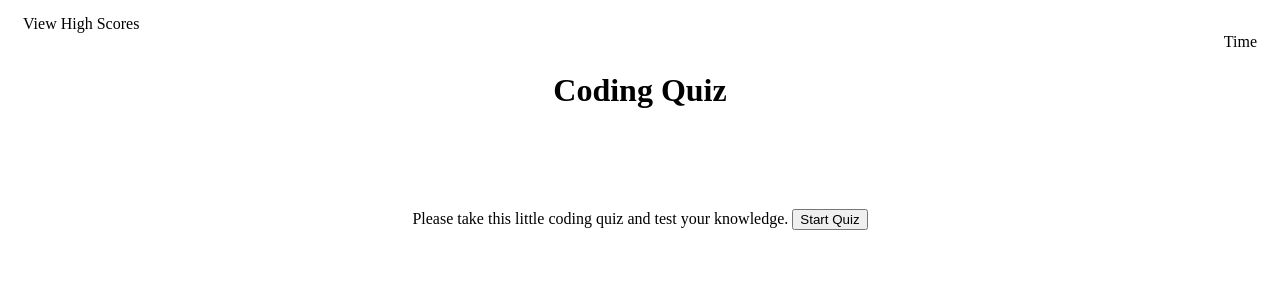
Repository: Naomilounsbury/code-quiz
Page: index.html
These files come from the project's save history. The page is drawn as it stood at one moment and after the next save; the edit follows.
The browser window is 1280 px wide. The pictures show the whole page.

Above is the page before, as saved 2021-11-27 17:27:26.

### index.html
<!DOCTYPE html>
<html lang="en">
<head>
    <meta charset="UTF-8">
    <meta http-equiv="X-UA-Compatible" content="IE=edge">
    <meta name="viewport" content="width=device-width, initial-scale=1.0">
    <title>Code Quiz</title>
    <link rel="stylesheet" href="./assets/css/styles.css">
</head>
<body>
    <!-- basic words on the page, how do i get stuff inline? -->
 <header>
    <div class="high-scores">
     View High Scores
 </div>
 <!-- oh god I have to actually figure out how to do a timer -->
 <div class="time">
     Time
 </div>
 <h1 class="title">Coding Quiz</h1>
</header>
<!-- I then created a div element to introduce, maybe I'll add more to it later -->
 <div class="intro">

     Please take this little coding quiz and test your knowledge.
     <!-- I connected the button to the javascrpt woohoo -->
     <button onclick="onStartQuiz()">
         Start Quiz
     </button>
 </div>
 <!-- here is the quiz -->
 <form id="questions-form">
 <div id="question" class="question" >

 </div>

</form>
<script src="./assets/js/script.js"></script>
</body>
</html>

### assets/css/styles.css
header {
    margin: 10px;
    padding: 5px;
    text-decoration-color: black;

}
.high-scores{
    text-align: left;
}
.time{
    text-align: right;
}
h1{
    height: 100px;
    text-align: center;

}
.intro{
    text-align: center;
}
.question{
    text-align: center;
    float:right;
}
button{
    text-align: center;
}

### assets/js/script.js

//I want to create an onclick function eventually
//so I'm creating my function
var onStartQuiz = function () {
    //when the quiz starts it grabs the first object in the array
    var currentQuestion = questions[0];


    //its going into the html and taking the div clas question and setting the value equal to the current question
    document.getElementById("question").innerText = currentQuestion.question

    //I dont know why these arent working and I'm crying
    var btn = document.createElement("BUTTON");
    btn.innerHTML = currentQuestion.a
    document.body.appendChild(btn);

    var btn = document.createElement("button");
    btn.innerHTML = currentQuestion.b
    document.body.appendChild(btn);

    var btn = document.createElement("button");
    btn.innerHTML = currentQuestion.c
    document.body.appendChild(btn);

    var btn = document.createElement("button");
    btn.innerHTML = currentQuestion.d
    document.body.appendChild(btn);

    var btn = document.createElement("button");
    btn.innerHTML = "Next Question"
    document.body.appendChild(btn);

    //create a separate onclick that changes the current question to something else
    //create a next question button that will go on to the next question and save your answer
    console.log("hello")
}
//making an array of questions
var questions = [
    {
        //right now the key question is a string
        question: "To create an array, what kid of brackets are used?",
        answer: "a",
        a: "square brackets",
        b: "angle brackets",
        c: "curly brackets",
        d: "parentheses",
        //an array holds a list of items and since each question is an object we need a fucking comma
    },
    {
        question: "how do you create a branch with github?",
        answer: "b",
        a: "git push",
        b: "git branch",
        c: "git checkout",
        d: "git commit",
    },
    {
        question: "To create an array, what kid of brackets are used?",
        answer: "a",
        a: "square brackets",
        b: "angle brackets",
        c: "curly brackets",
        d: "parentheses",

    }
]

After the next save:
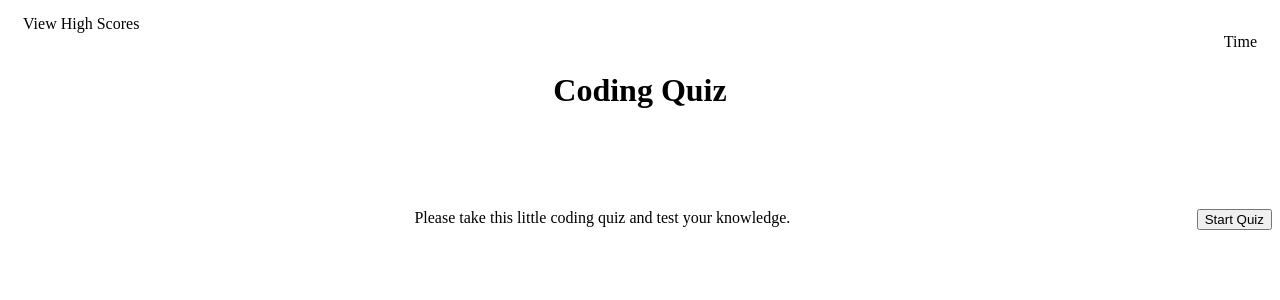
Saved 40 s later.
--- a/assets/css/styles.css
+++ b/assets/css/styles.css
@@ -20,8 +20,9 @@
 }
 .question{
     text-align: center;
-    float:right;
+
 }
 button{
     text-align: center;
+    float:right;
 }

After the save that followed:
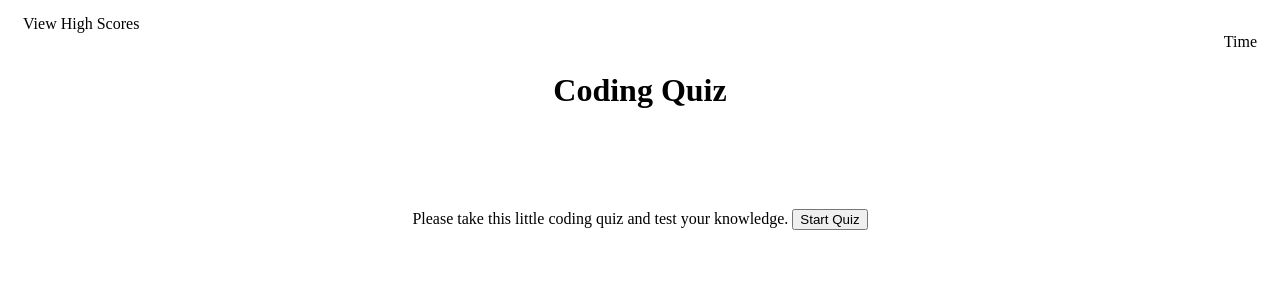
Saved 14 s later.
--- a/assets/css/styles.css
+++ b/assets/css/styles.css
@@ -24,5 +24,5 @@
 }
 button{
     text-align: center;
-    float:right;
+    float:center;
 }
